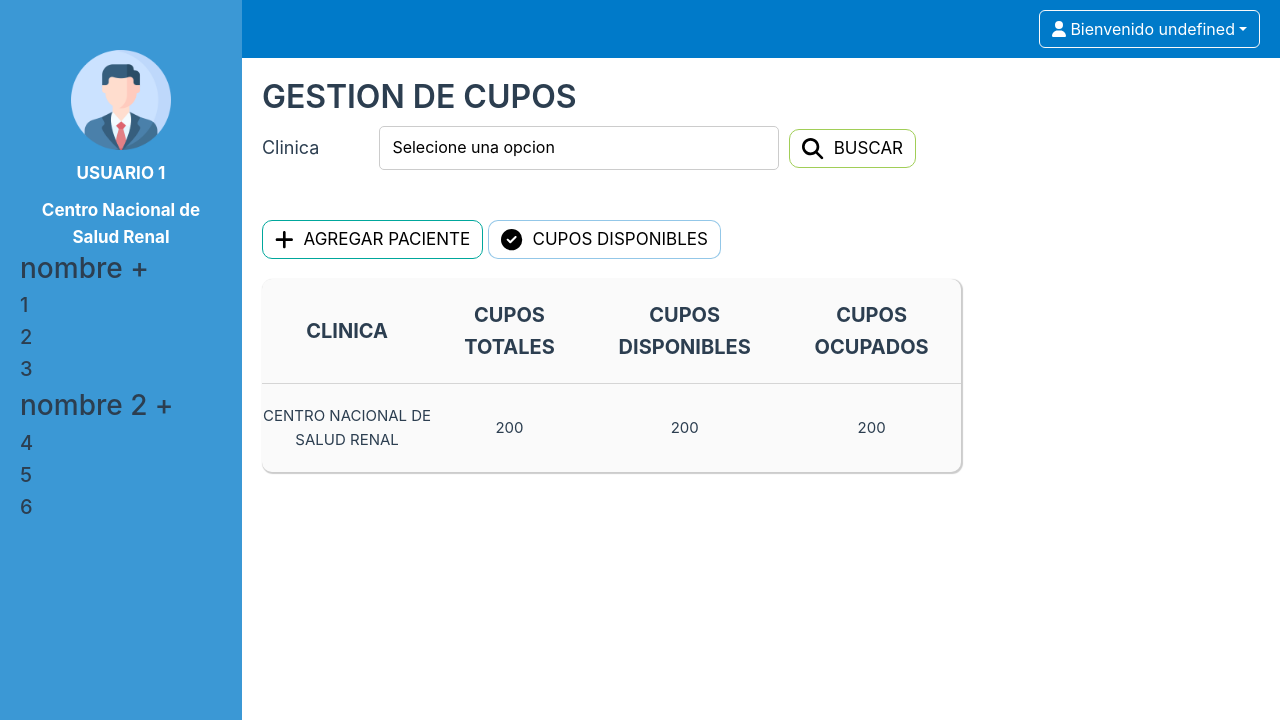
Repository: cynthiacevallos/organizadorhisar
Page: /
The author's editor kept a copy of each file at every save. The page is drawn from the files as they stood at one save, then again after the next save.
The browser window is 1280 px wide. The pictures show the whole page.
The page's requests for data from a server got no answer. Some web libraries are served in a nearby version. The project was rebuilt for these pictures with package versions that can differ from the ones it lists, and the page was loaded fresh each time. No one was signed in, and anything a server would have sent is missing. Also part of the build but not shown: vite.config.js, vue.config.js.

Above is the page before, as saved 2023-09-06 08:54:19.

After the next save:
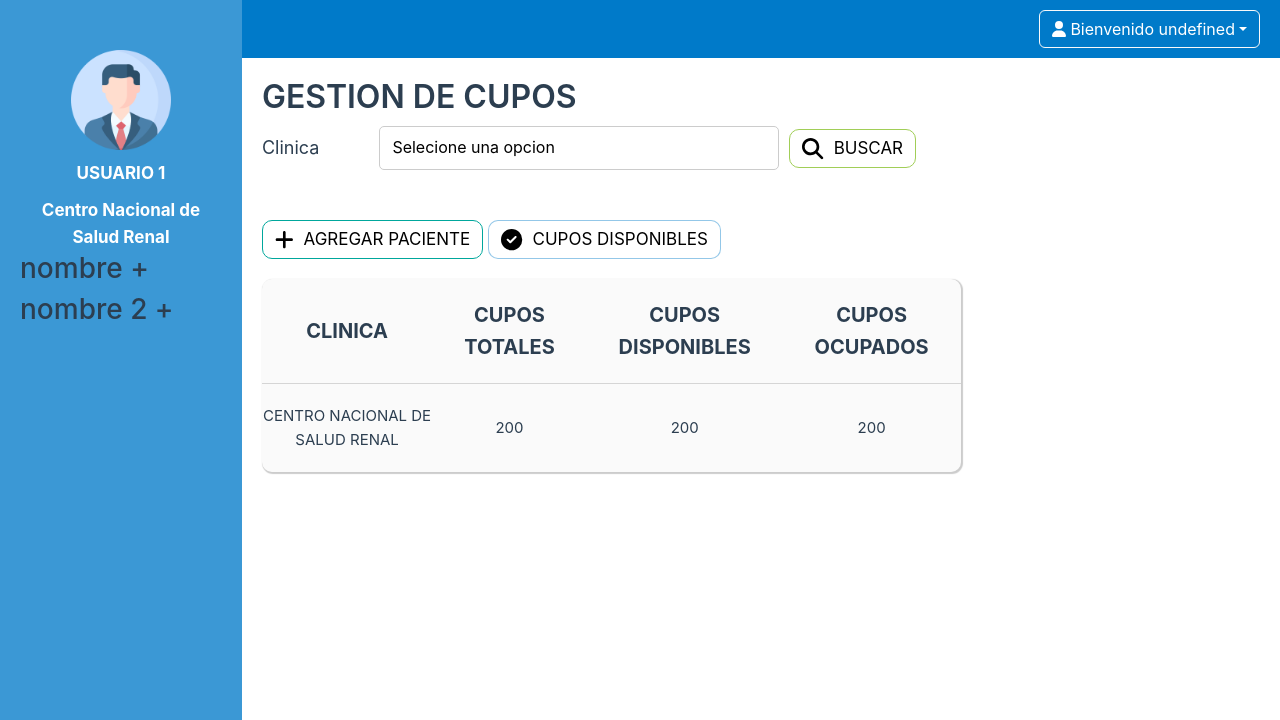
Saved 108 s later.
--- a/src/components/hisar_comp/SidenavH.vue
+++ b/src/components/hisar_comp/SidenavH.vue
@@ -11,7 +11,7 @@
                     <div>
                         <h3>{{ i.nombre }} <button @click="mostrar">+</button></h3>
                     </div>
-                    <div v-for="(j,ind) in i.numeros" :key="ind" >
+                    <div v-for="(j,ind) in i.numeros" :key="ind" v-show="" >
                         <h5>{{ j.id }}</h5>
                     </div>
                 </div>
